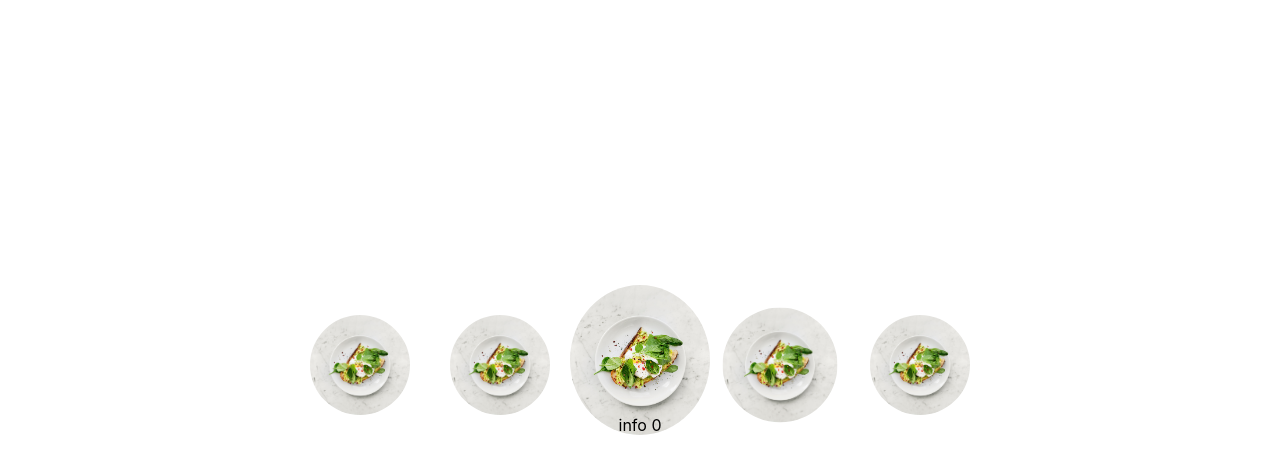
Repository: nambui98/slider
Page: /
These files come from the project's save history. The page is drawn as it stood at one moment and after the next save; the edit follows.
The browser window is 1280 px wide. The pictures show the whole page.
The project was rebuilt for these pictures with package versions that can differ from the ones it lists, and the page was loaded fresh each time. Also part of the build but not shown: vite.config.ts.

Above is the page before, as saved 2022-04-12 10:47:21.

After the next save:
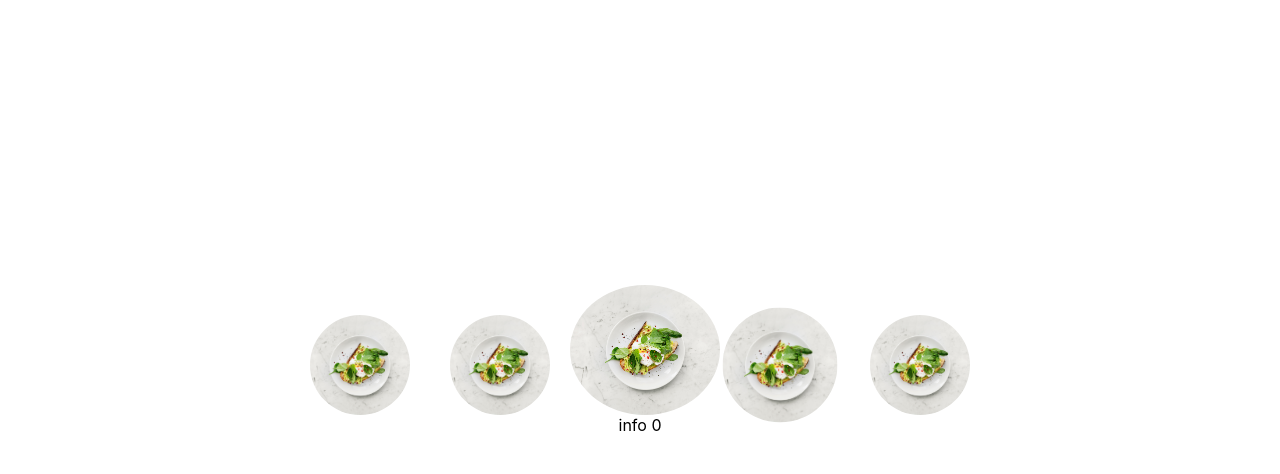
Saved 10 s later.
--- a/src/components/horizolslider/Horizolsider.tsx
+++ b/src/components/horizolslider/Horizolsider.tsx
@@ -17,7 +17,6 @@ const Item = styled.div`
     justify-content: end;
     align-items: center;
     flex-direction: column;
-    position: relative;
     /* display: flex !important;
     justify-content: center;
     align-items: flex-end;
@@ -44,15 +43,13 @@ const Item = styled.div`
         /* height: 200px; */
         /* margin-top: 30px; */
         img{
-            width: 100%;
-            height: 100%;
-            /* height: 150px; */
+            width: 150px;
+            height: 150px;
             /* width: 100%; */
             /* transform: scale(1.4) */
         }
         .info{
             visibility: visible;
-            position: absolute;
         }
     }
     &.near{
